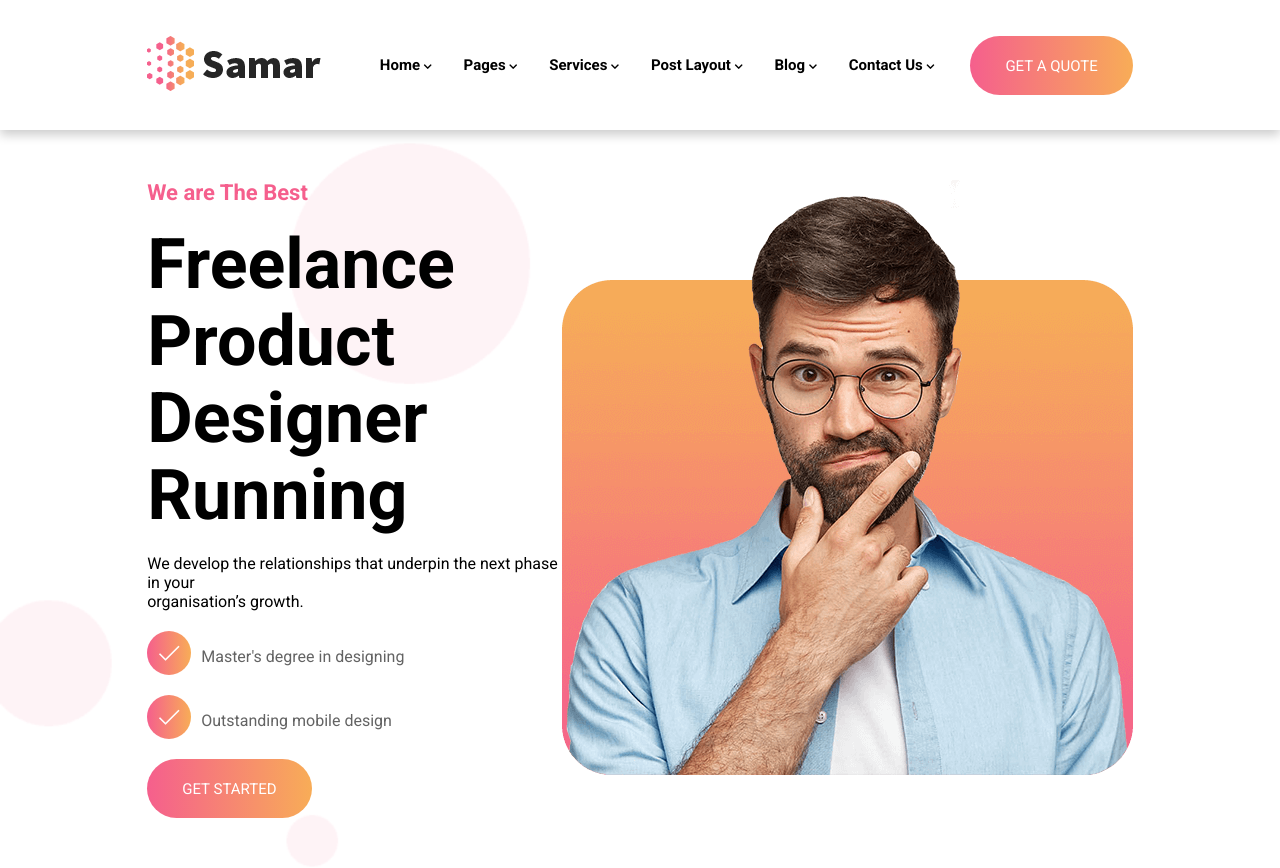
Repository: leequanganh/sammar
Page: html/index.html
An editor plug-in stored every save of this project. The page is shown before and after the next save, followed by the edit.
The browser window is 1280 px wide. The pictures show the whole page.

Above is the page before, as saved 2021-12-09 15:06:57.

After the next save:
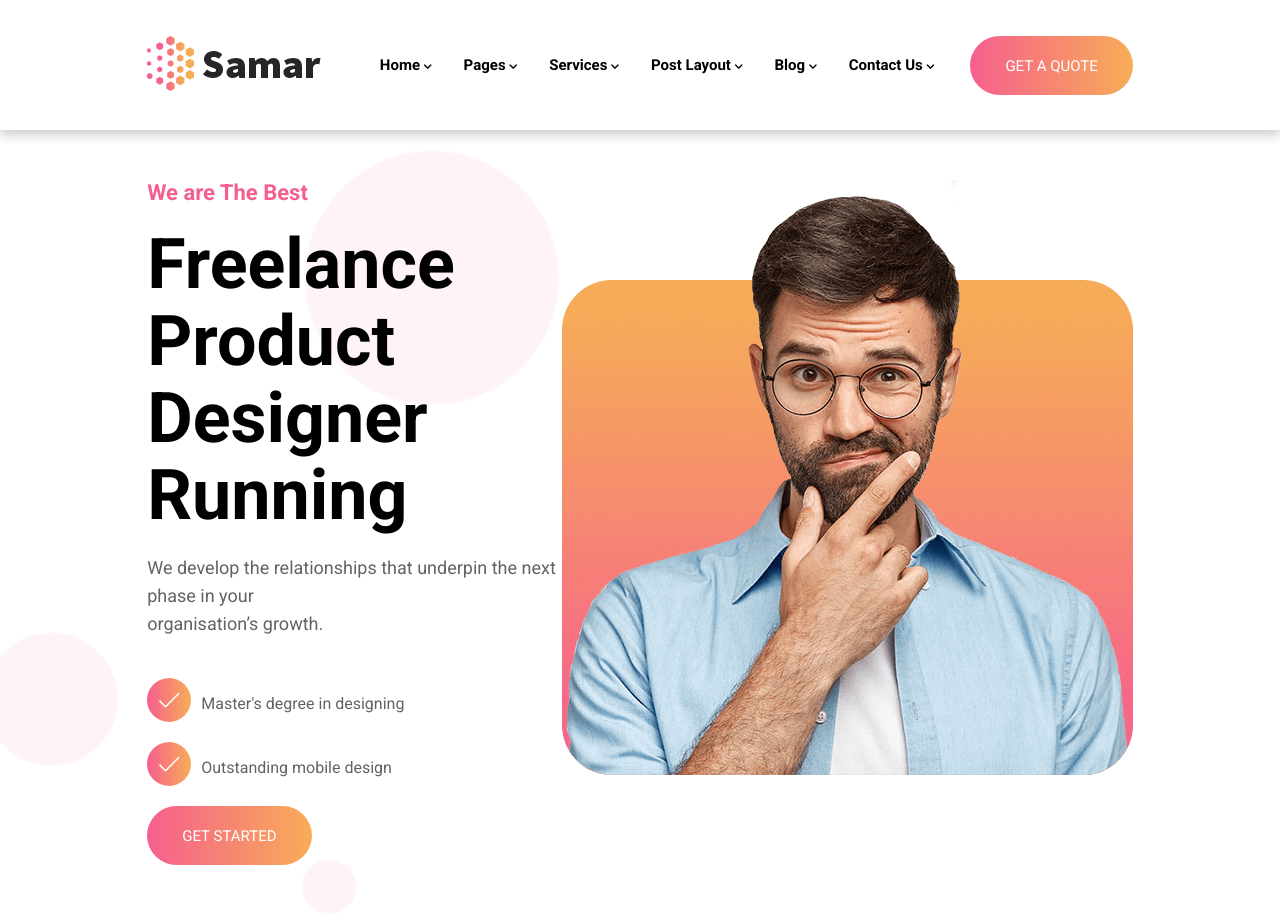
Saved 4 s later.
--- a/css/index.css
+++ b/css/index.css
@@ -134,7 +134,7 @@ span{
     margin-bottom: 20px;
 
 }
-.banner_text p:nth-child(){
+.banner_text p:nth-child(3){
     color: #636363;
     font-size: 18px;
     line-height: 28px;
